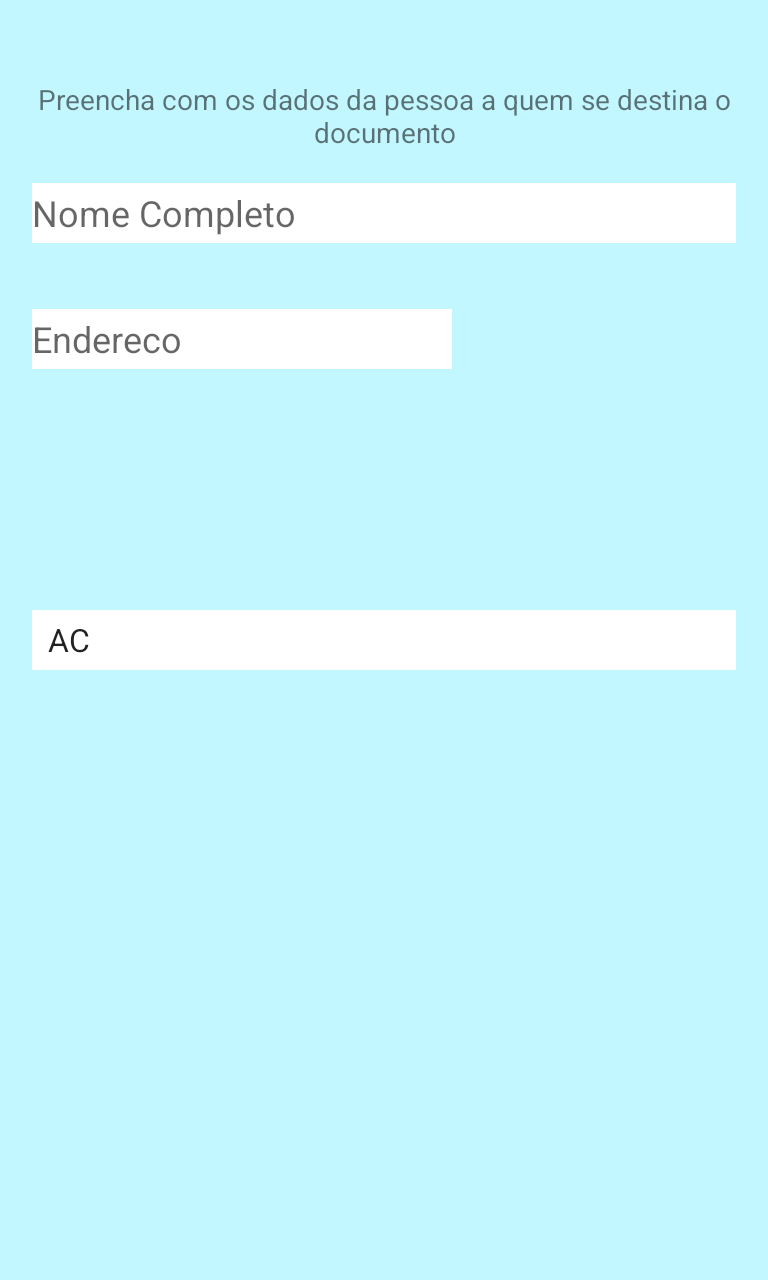
Repository: pdelfino/Projeto-livre
Layout: Protesto Livre/ProtestoLivre/res/layout/fragment_tela05.xml
The author's editor kept a copy of each file at every save. The layout is drawn from the files as they stood at one save, then again after the next save.
It is drawn on a 768 x 1280 px phone screen (xhdpi) without system bars, with theme AppTheme; the app's code is not run.

Above is the layout before, as saved 2014-05-29 00:43:27.

After the next save:
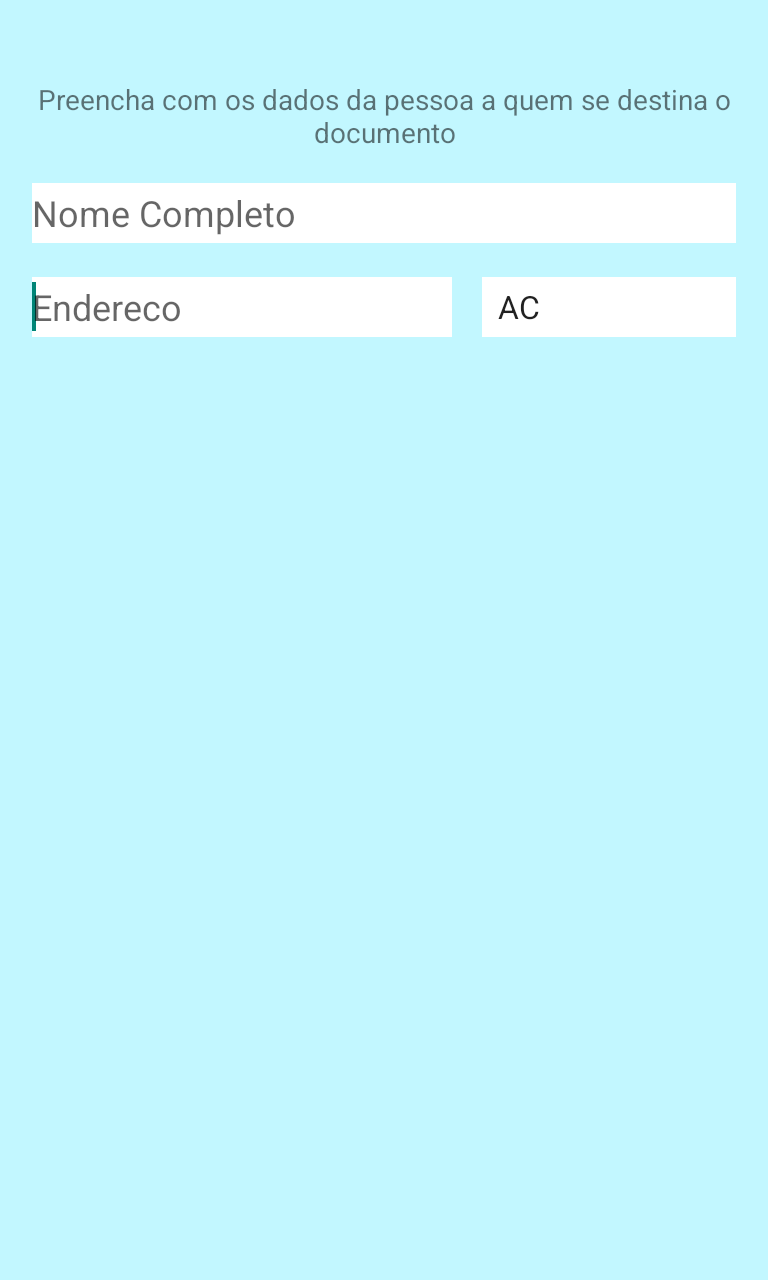
Saved 21 s later.
--- a/Protesto Livre/ProtestoLivre/res/layout/fragment_tela05.xml
+++ b/Protesto Livre/ProtestoLivre/res/layout/fragment_tela05.xml
@@ -38,17 +38,22 @@
         android:layout_height="30dp"
         android:layout_alignLeft="@+id/Nome"
         android:layout_below="@+id/Nome"
-        android:layout_marginTop="33dp"
+        android:layout_marginTop="17dp"
         android:background="#ffffff"
         android:ems="10"
-        android:hint="Endereco" />
+        android:hint="Endereco" >
+
+        <requestFocus />
+    </EditText>
 
     <Spinner
         android:id="@+id/spinner1"
         android:layout_width="match_parent"
         android:layout_height="30dp"
-        android:layout_alignLeft="@+id/Endereco"
-        android:layout_centerVertical="true"
+        android:layout_alignRight="@+id/Nome"
+        android:layout_alignTop="@+id/Endereco"
+        android:layout_marginLeft="15dp"
+        android:layout_toRightOf="@+id/Endereco"
         android:background="#ffffff"
         android:entries="@array/estados"
         android:spinnerMode="dropdown" />
